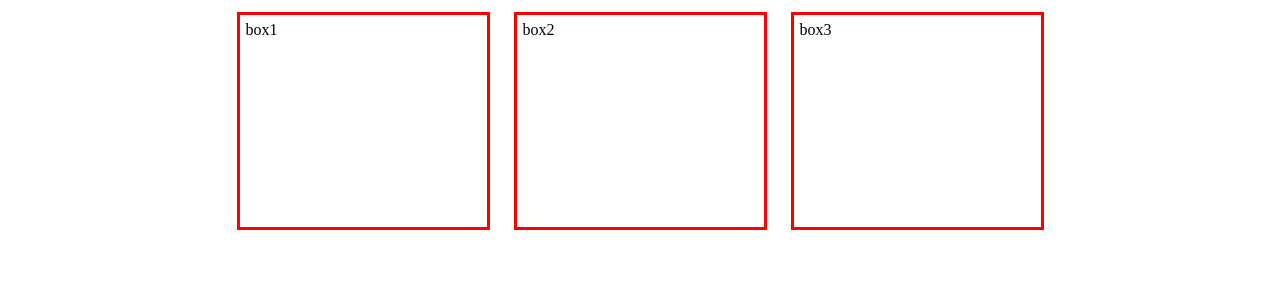
Repository: gwonjunsu95/html5
Page: html5/WebContent/day0302.html
An editor plug-in stored every save of this project. The page is shown before and after the next save, followed by the edit.
The browser window is 1280 px wide. The pictures show the whole page.

Above is the page before, as saved 2020-04-20 04:32:26.

### html5/WebContent/day0302.html
<!DOCTYPE html>
<html>
<head>
	<meta charset="UTF-8">
	<title>문제1</title>
	<style>
		*{
			margin: 0;
			padding: 0;
			text-decoration: none;
			font-style: none;
		}

		.container{
			background: pink;
			width: calc(277px * 3);
			height: 242;
			margin: 0 auto;
		}

		.boxes{
			width:235px;
			height:200px;
			border: 3px solid red;
			padding: 6px;
			margin: 12px;
			float: left;
		}



	</style>
</head>
<body>
	<div class = "container">
		<div class = "boxes">box1</div>
		<div class = "boxes">box2</div>
		<div class = "boxes">box3</div>
	</div>
</body>
</html>

After the next save:
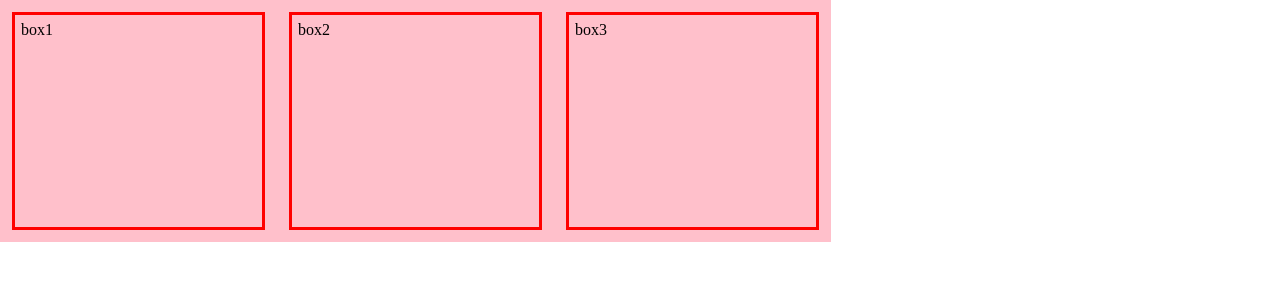
Saved 13 s later.
--- a/html5/WebContent/day0302.html
+++ b/html5/WebContent/day0302.html
@@ -15,7 +15,7 @@
 			background: pink;
 			width: calc(277px * 3);
 			height: 242;
-			margin: 0 auto;
+			overflow: hidden;
 		}
 
 		.boxes{
